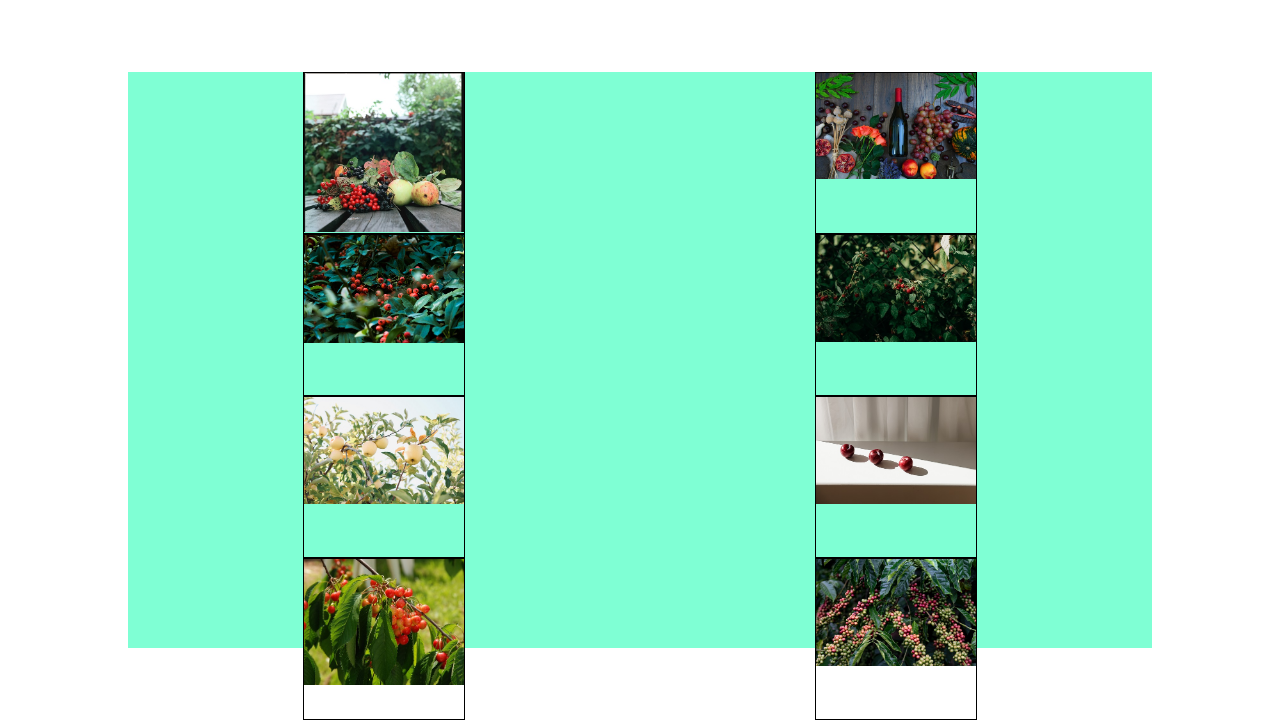
Repository: lidkaa/devTasks
Page: 0. Zadania Testowe/zadania/FlexboxCentered.html
An editor plug-in stored every save of this project. The page is shown before and after the next save, followed by the edit.
The browser window is 1280 px wide. The pictures show the whole page.

Above is the page before, as saved 2022-01-31 13:51:11.

### 0. Zadania Testowe/zadania/FlexboxCentered.html
<!DOCTYPE html>
<html lang="en">
<head>
    <meta charset="UTF-8">
    <meta http-equiv="X-UA-Compatible" content="IE=edge">
    <meta name="viewport" content="width=device-width, initial-scale=1.0">
    <link rel="stylesheet" type="text/css" href="flexboxcentered.css">
    <title>Document</title>
</head>
<body>
    <div class="presentation">
        <ul class="cells">
            <li class="cell">
                <img src="./pexel/pexel1.jpg"/>
            </li>
            <li class="cell">
                <img src="./pexel/pexel2.jpg"/>
            </li>
            <li class="cell">
                <img src="./pexel/pexel3.jpg"/>
            </li>
            <li class="cell">
                <img src="./pexel/pexel4.jpg"/>
            </li>
            <li class="cell">
                <img src="./pexel/pexel5.jpg"/>
            </li>
            <li class="cell">
                <img src="./pexel/pexel6.jpg"/>
            </li>
            <li class="cell">
                <img src="./pexel/pexel7.jpg"/>
            </li>
            <li class="cell">
                <img src="./pexel/pexel8.jpg"/>
            </li>
            <li class="cell">
                <img src="./pexel/pexel9.jpg"/>
            </li>
        </ul>
    </div>
</body>
</html>

### 0. Zadania Testowe/zadania/flexboxcentered.css
* {
    margin: 0;
    padding: 0;
}

.presentation {
    position: fixed;
    height: 100vh;
    width: 100vw;
    display: flex;
    justify-content: center;
    align-items: center;
}

.cells {
    display: flex;
    justify-content: space-around;
    align-items: center;
    flex-direction: row;
    flex-wrap: wrap;
    list-style-type: none;
    height: 80vh;
    width: 80vw;
    background-color: aquamarine;
}

.cell {
    height: 10rem;
    width: 10rem;
    border: 1px solid black;
    margin: 0 90px;
}

img {
    max-width: 100%;
    height: auto;
    display: block;
  }

After the next save:
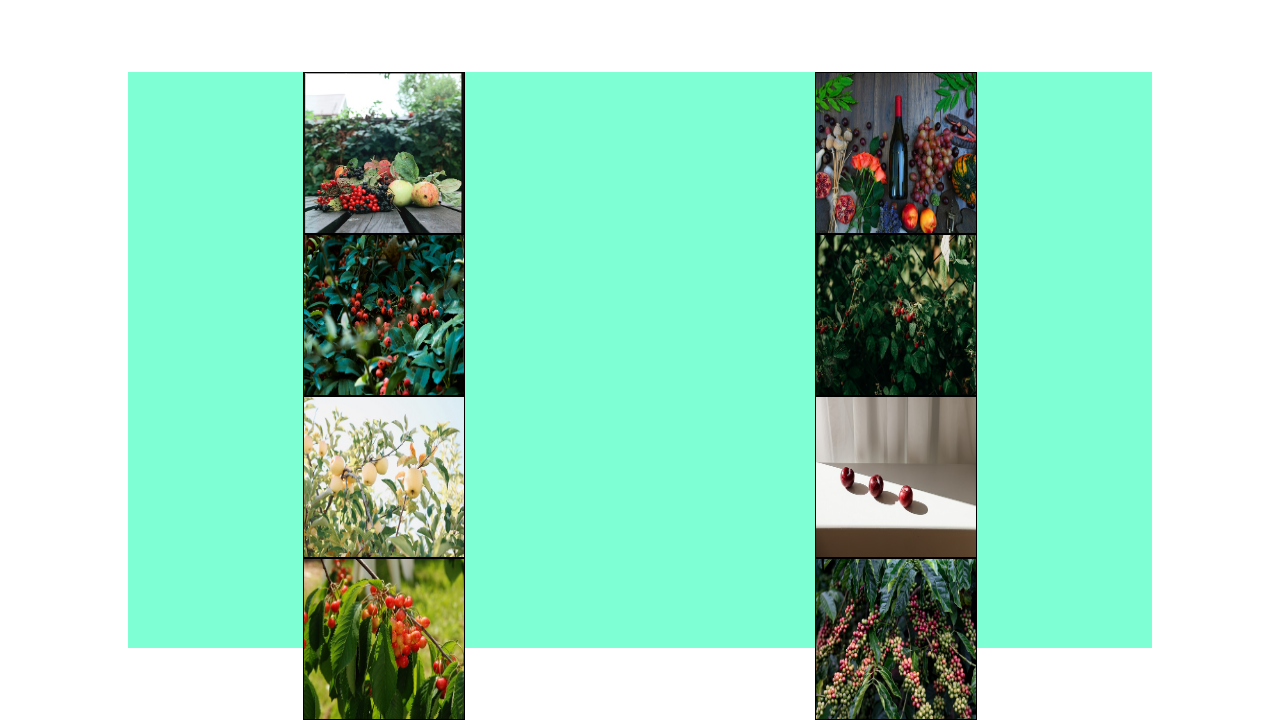
Saved 16 s later.
--- a/0. Zadania Testowe/zadania/flexboxcentered.css
+++ b/0. Zadania Testowe/zadania/flexboxcentered.css
@@ -33,6 +33,6 @@
 
 img {
     max-width: 100%;
-    height: auto;
-    display: block;
+    height: 100%;
+    /* display: block; */
   }

After the save that followed:
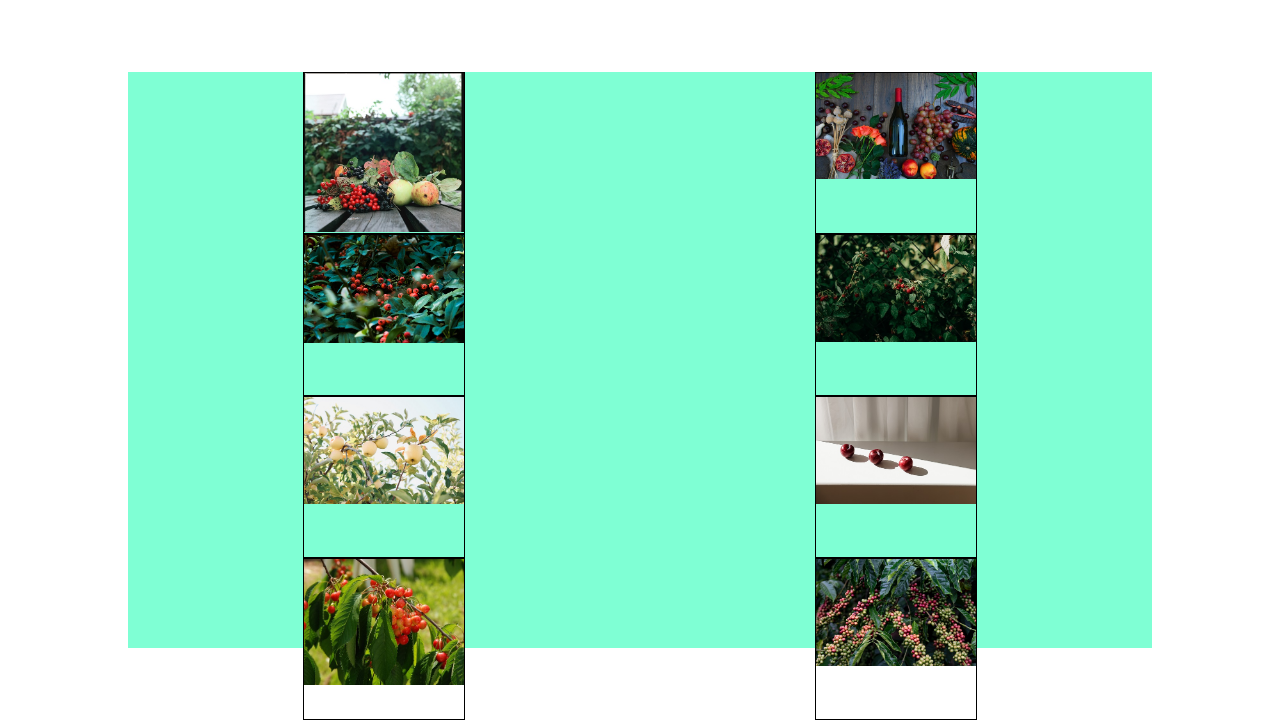
Saved 104 s later.
--- a/0. Zadania Testowe/zadania/flexboxcentered.css
+++ b/0. Zadania Testowe/zadania/flexboxcentered.css
@@ -33,6 +33,6 @@
 
 img {
     max-width: 100%;
-    height: 100%;
+    height: auto;
     /* display: block; */
   }
